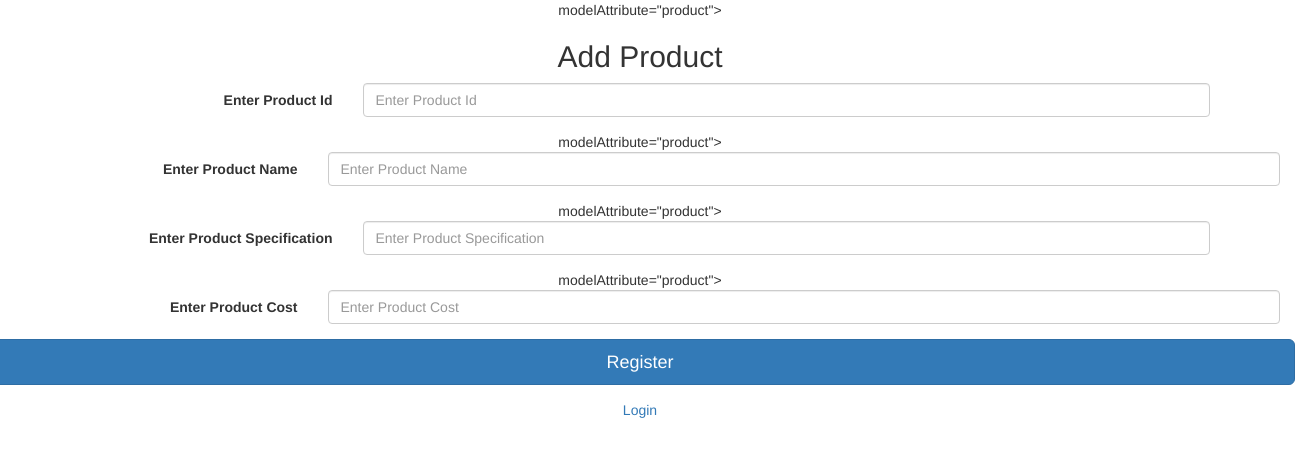
Repository: sagarbagdure01/ElectronicsWorld
Page: http://localhost/electronicsworld/WEB-INF/views/AddProduct.jsp
These files come from the project's save history. The page is drawn as it stood at one moment and after the next save; the edit follows.
The browser window is 1280 px wide. The page is 1295 px wide, so the pictures cover 1295 px, including what lies to the right of the window. The pictures show the whole page.
Some web libraries are served in a nearby version. The page is served by Tomcat 9. Nobody is signed in. Other server files are loaded and not shown. The template is opened directly, without the code that normally fills it, so the values that code supplies are empty.

Above is the page before, as saved 2017-05-30 07:07:33.

### electronicsworld/src/main/webapp/WEB-INF/views/AddProduct.jsp
<%@ page language="java" contentType="text/html; charset=ISO-8859-1"
	pageEncoding="ISO-8859-1"%>
<%@ taglib prefix="form" uri="http://www.springframework.org/tags/form"%>
<%@ taglib uri="http://www.springframework.org/tags" prefix="url"%>
<!DOCTYPE html PUBLIC "-//W3C//DTD HTML 4.01 Transitional//EN" "http://www.w3.org/TR/html4/loose.dtd">
<html>
<head>
<meta http-equiv="Content-Type" content="text/html; charset=ISO-8859-1">
<title>Insert title here</title>
<meta charset="utf-8">
<meta name="viewport" content="width=device-width, initial-scale=1">
<link rel="stylesheet"
	href="https://maxcdn.bootstrapcdn.com/bootstrap/3.3.7/css/bootstrap.min.css">
<script
	src="https://ajax.googleapis.com/ajax/libs/jquery/3.2.1/jquery.min.js"></script>
<script
	src="https://maxcdn.bootstrapcdn.com/bootstrap/3.3.7/js/bootstrap.min.js"></script>
</head>
<body>
	<center>
		<url:url value="/save" var="url"></url:url>
		<form:form class="form-horizontal" role="form" action="${url }" modelAttribute="product">
			<div class="container">

				modelAttribute="product">
				<h2>Add Product</h2>
				<div class="form-group">
					<label for="pid" class="col-sm-3 control-label">Enter
						Product Id</label>
					<div class="col-sm-9">
						<form:input  path="pid"
							placeholder="Enter Product Id" class="form-control" />
					</div>
				</div>

			</div>


				modelAttribute="product">

				<div class="form-group">
				<label for="pname" class="col-sm-3 control-label">Enter
					Product Name</label>
				<div class="col-sm-9">
					<form:input type="email" path="pname"
						placeholder="Enter Product Name" class="form-control" />
				</div>
			</div>


			<div class="container">

				modelAttribute="product">

				<div class="form-group">
					<label for="psepification" class="col-sm-3 control-label">Enter
						Product Specification</label>
					<div class="col-sm-9">
						<form:input  path="pspecification"
							placeholder="Enter Product Specification" class="form-control" />
					</div>
				</div>

			</div>


				modelAttribute="product">

				<div class="form-group">
				<label for="pcost" class="col-sm-3 control-label">Enter
					Product Cost</label>
				<div class="col-sm-9">
					<form:input  path="pcost"
						placeholder="Enter Product Cost" class="form-control" />
				</div>
			</div>


			<div class="form-group ">
				<button type="button"
					class="btn btn-primary btn-lg btn-block login-button">Register</button>
			</div>
			<div class="login-register">
				<a href="#">Login</a>
			</div>
	</center>
	</form:form>
</body>
</html>

After the next save:
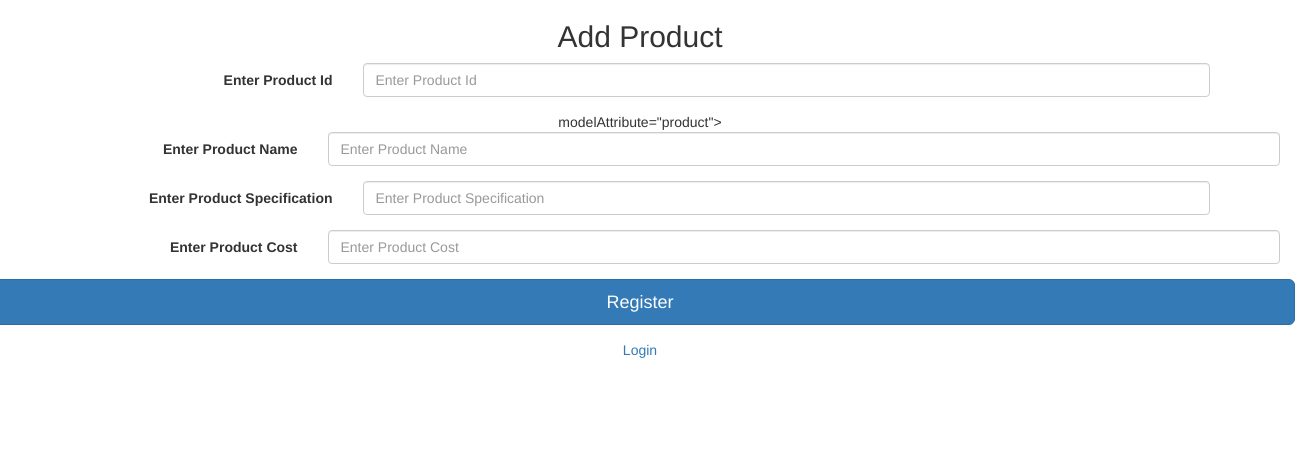
Saved 86 s later.
--- a/electronicsworld/src/main/webapp/WEB-INF/views/AddProduct.jsp
+++ b/electronicsworld/src/main/webapp/WEB-INF/views/AddProduct.jsp
@@ -22,7 +22,7 @@
 		<form:form class="form-horizontal" role="form" action="${url }" modelAttribute="product">
 			<div class="container">
 
-				modelAttribute="product">
+
 				<h2>Add Product</h2>
 				<div class="form-group">
 					<label for="pid" class="col-sm-3 control-label">Enter
@@ -50,7 +50,7 @@
 
 			<div class="container">
 
-				modelAttribute="product">
+
 
 				<div class="form-group">
 					<label for="psepification" class="col-sm-3 control-label">Enter
@@ -64,7 +64,7 @@
 			</div>
 
 
-				modelAttribute="product">
+
 
 				<div class="form-group">
 				<label for="pcost" class="col-sm-3 control-label">Enter
